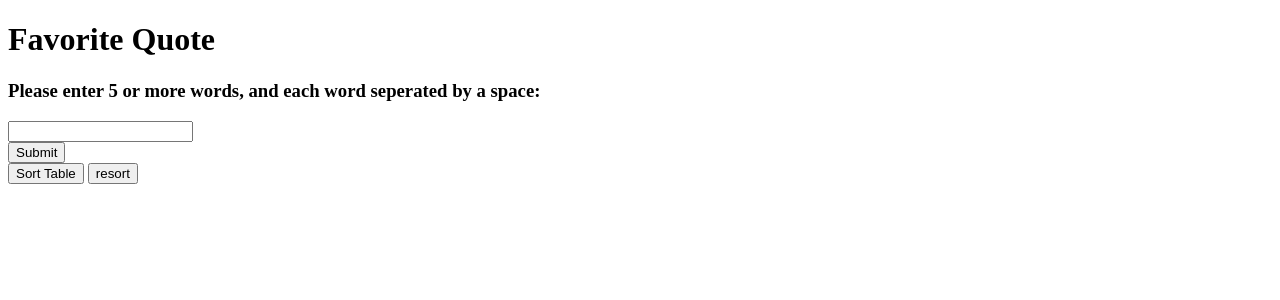
Repository: Lpanglb/COSW30
Page: Homework/HW4/quote.html
The author's editor kept a record of every edit. The page is drawn from the files as they stood at one moment, then again after the next edit.
The browser window is 1280 px wide. The pictures show the whole page.

Above is the page before.

After the next edit:
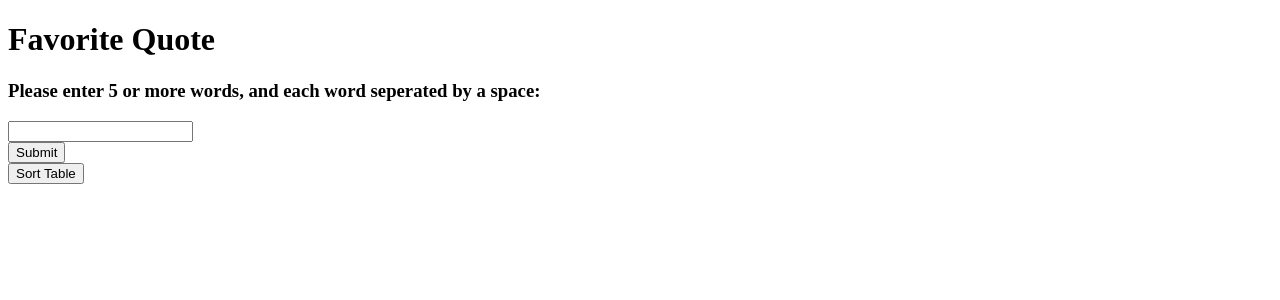
The edit:
--- a/Homework/HW4/quote.html
+++ b/Homework/HW4/quote.html
@@ -22,7 +22,7 @@
         <div>
             <form action = "population.php" method = "POST">
             <button id = "sorttable">Sort Table</button>
-            <button id = "re_sort">resort</button>
+
             </form>
         </div>
 
